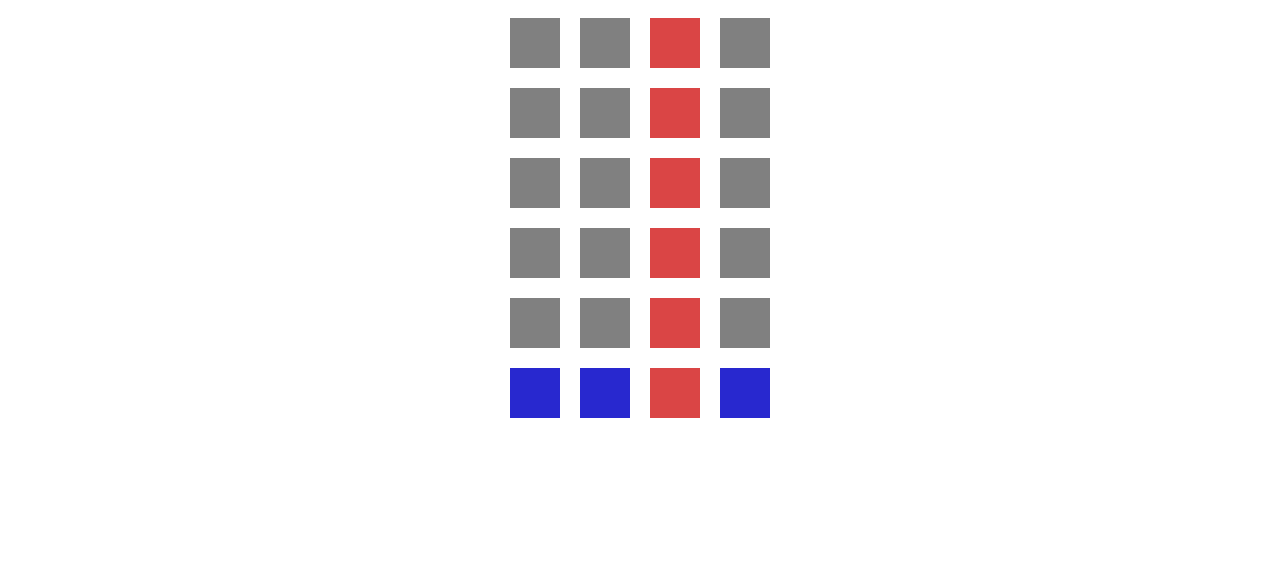
Repository: batonAnton/Hw-Lec-8
Page: index.html
An editor plug-in stored every save of this project. The page is shown before and after the next save, followed by the edit.
The browser window is 1280 px wide. The pictures show the whole page.

Above is the page before, as saved 2022-06-24 11:55:16.

### index.html
<!DOCTYPE html>
<html lang="en">
<head>
    <meta charset="UTF-8">
    <meta http-equiv="X-UA-Compatible" content="IE=edge">
    <meta name="viewport" content="width=device-width, initial-scale=1.0">
    <link rel="stylesheet" href="./css/style.css">
    <title>PseudoClass</title>
</head>
<body>
    <div class="allblock">
        <div class="row">
            <div class="block"></div>
            <div class="block"></div>
            <div class="block"></div>
            <div class="block"></div>
        </div>

        <div class="row">
            <div class="block"></div>
            <div class="block"></div>
            <div class="block"></div>
            <div class="block"></div>
        </div>

        <div class="row">
            <div class="block"></div>
            <div class="block"></div>
            <div class="block"></div>
            <div class="block"></div>
        </div>

        <div class="row">
            <div class="block"></div>
            <div class="block"></div>
            <div class="block"></div>
            <div class="block"></div>
        </div>

        <div class="row">
            <div class="block"></div>
            <div class="block"></div>
            <div class="block"></div>
            <div class="block"></div>
        </div>

        <div class="row row-last">
            <div class="block"></div>
            <div class="block"></div>
            <div class="block"></div>
            <div class="block"></div>
        </div>

    </div>
</body>
</html>

### css/style.css
*{
    width: 100%;
    margin-left: auto;
    margin-right: auto;
}

.row{
    display: flex;
    justify-content: center;

}

.block{
    width: 50px;
    height: 50px;
    background-color: gray;
    margin: 10px;
}

 .block:nth-child(3){
    background-color: rgb(218, 69, 69);
}

.row-last .block:nth-child(1), .row-last .block:nth-child(2), .row-last .block:nth-child(4){
    background-color: rgb(40, 40, 207);
}


button{

width: 500px;
height: 92px;
font-family: 'Helvetica';
font-style: normal;
font-weight: 700;
font-size: 24px;
line-height: 28px;
display: flex;
align-items: center;
text-align: center;
background-color: #44D3A8;
box-shadow: 0px 4px 4px rgba(0, 0, 0, 0.25);
border-radius: 100px;
color: #FFFFFF;

}

After the next save:
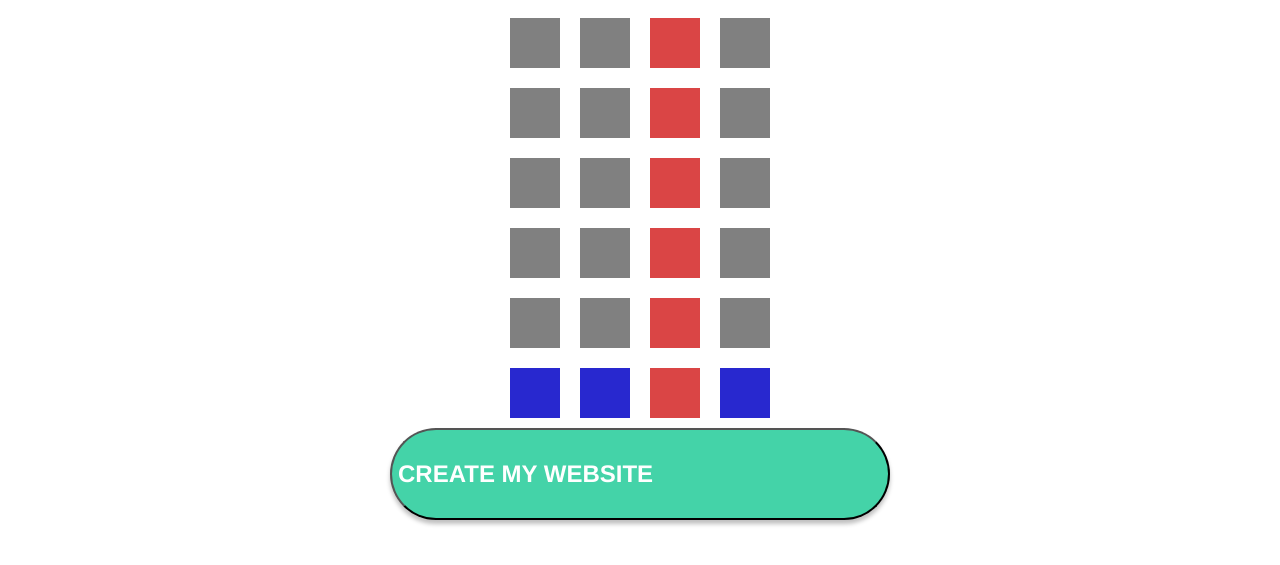
Saved 2 min 24 s later.
--- a/index.html
+++ b/index.html
@@ -52,5 +52,9 @@
         </div>
 
     </div>
+
+    <div class="section">
+        <button>CREATE MY WEBSITE</button>
+    </div>
 </body>
 </html>
